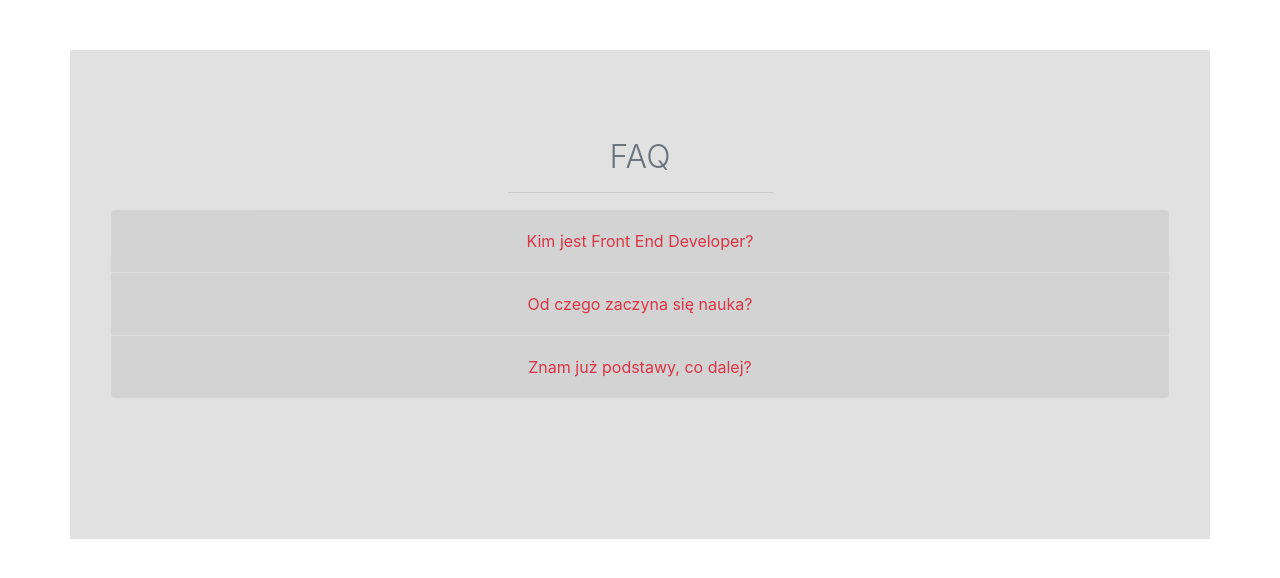
Repository: magdaf41/Bootstrap
Page: zadanie 2/index.html
These files come from the project's save history. The page is drawn as it stood at one moment and after the next save; the edit follows.
The browser window is 1280 px wide. The pictures show the whole page.

Above is the page before, as saved 2020-09-19 10:24:49.

### zadanie 2/index.html
<!doctype html>
<html lang="en">

<head>
    <!-- Required meta tags -->
    <meta charset="utf-8">
    <meta name="viewport" content="width=device-width, initial-scale=1, shrink-to-fit=no">
    <title>Faq-bootstrap</title>
    <!-- Bootstrap CSS -->
    <link rel="stylesheet" href="https://stackpath.bootstrapcdn.com/bootstrap/4.5.2/css/bootstrap.min.css"
        integrity="sha384-JcKb8q3iqJ61gNV9KGb8thSsNjpSL0n8PARn9HuZOnIxN0hoP+VmmDGMN5t9UJ0Z" crossorigin="anonymous">
    <link rel="stylesheet" href="https://use.fontawesome.com/releases/v5.7.2/css/all.css"
        integrity="sha384-fnmOCqbTlWIlj8LyTjo7mOUStjsKC4pOpQbqyi7RrhN7udi9RwhKkMHpvLbHG9Sr" crossorigin="anonymous">
    <link rel="stylesheet" href="css/style.css">

</head>

<body>
    <div class="container  text-center">
        <h1 class="text-muted font-weight-light mt-5">FAQ</h1>
        <hr class="w-25">

        <div class="accordion" id="accordionExample">
            <div class="card">
                <div class="card-header" id="headingOne">
                    <h2 class="mb-0">
                        <button class="btn btn-link btn-block text-danger" type="button" data-toggle="collapse"
                            data-target="#collapseOne" aria-expanded="true" aria-controls="collapseOne">
                            Kim jest Front End Developer?
                        </button>
                    </h2>
                </div>

                <div id="collapseOne" class="collapse" aria-labelledby="headingOne"
                    data-parent="#accordionExample">
                    <div class="card-body text-muted">
                        Anim pariatur cliche reprehenderit, enim eiusmod high life accusamus terry richardson ad squid.
                        3
                        wolf moon officia aute, non cupidatat skateboard dolor brunch. Food truck quinoa nesciunt
                        laborum
                        eiusmod. Brunch 3 wolf moon tempor, sunt aliqua put a bird on it squid single-origin coffee
                        nulla
                        assumenda shoreditch et. Nihil anim keffiyeh helvetica, craft beer labore wes anderson cred
                        nesciunt
                        sapiente ea proident. Ad vegan excepteur butcher vice lomo. Leggings occaecat craft beer
                        farm-to-table, raw denim aesthetic synth nesciunt you probably haven't heard of them accusamus
                        labore sustainable VHS.
                    </div>
                </div>
            </div>
            <div class="card">
                <div class="card-header" id="headingTwo">
                    <h2 class="mb-0">
                        <button class="btn btn-link btn-block collapsed text-danger" type="button"
                            data-toggle="collapse" data-target="#collapseTwo" aria-expanded="false"
                            aria-controls="collapseTwo">
                            Od czego zaczyna się nauka?
                        </button>
                    </h2>
                </div>
                <div id="collapseTwo" class="collapse" aria-labelledby="headingTwo" data-parent="#accordionExample">
                    <div class="card-body text-muted">
                        Anim pariatur cliche reprehenderit, enim eiusmod high life accusamus terry richardson ad squid.
                        3
                        wolf moon officia aute, non cupidatat skateboard dolor brunch. Food truck quinoa nesciunt
                        laborum
                        eiusmod. Brunch 3 wolf moon tempor, sunt aliqua put a bird on it squid single-origin coffee
                        nulla
                        assumenda shoreditch et. Nihil anim keffiyeh helvetica, craft beer labore wes anderson cred
                        nesciunt
                        sapiente ea proident. Ad vegan excepteur butcher vice lomo. Leggings occaecat craft beer
                        farm-to-table, raw denim aesthetic synth nesciunt you probably haven't heard of them accusamus
                        labore sustainable VHS.
                    </div>
                </div>
            </div>
            <div class="card">
                <div class="card-header" id="headingThree">
                    <h2 class="mb-0">
                        <button class="btn btn-link btn-block collapsed text-danger" type="button"
                            data-toggle="collapse" data-target="#collapseThree" aria-expanded="false"
                            aria-controls="collapseThree">
                            Znam już podstawy, co dalej?
                        </button>
                    </h2>
                </div>
                <div id="collapseThree" class="collapse" aria-labelledby="headingThree" data-parent="#accordionExample">
                    <div class="card-body text-muted">
                        Anim pariatur cliche reprehenderit, enim eiusmod high life accusamus terry richardson ad squid.
                        3
                        wolf moon officia aute, non cupidatat skateboard dolor brunch. Food truck quinoa nesciunt
                        laborum
                        eiusmod. Brunch 3 wolf moon tempor, sunt aliqua put a bird on it squid single-origin coffee
                        nulla
                        assumenda shoreditch et. Nihil anim keffiyeh helvetica, craft beer labore wes anderson cred
                        nesciunt
                        sapiente ea proident. Ad vegan excepteur butcher vice lomo. Leggings occaecat craft beer
                        farm-to-table, raw denim aesthetic synth nesciunt you probably haven't heard of them accusamus
                        labore sustainable VHS.
                    </div>
                </div>
            </div>
        </div>
    </div>






    <!-- Optional JavaScript -->
    <!-- jQuery first, then Popper.js, then Bootstrap JS -->
    <script src="https://code.jquery.com/jquery-3.5.1.slim.min.js"
        integrity="sha384-DfXdz2htPH0lsSSs5nCTpuj/zy4C+OGpamoFVy38MVBnE+IbbVYUew+OrCXaRkfj"
        crossorigin="anonymous"></script>
    <script src="https://cdn.jsdelivr.net/npm/popper.js@1.16.1/dist/umd/popper.min.js"
        integrity="sha384-9/reFTGAW83EW2RDu2S0VKaIzap3H66lZH81PoYlFhbGU+6BZp6G7niu735Sk7lN"
        crossorigin="anonymous"></script>
    <script src="https://stackpath.bootstrapcdn.com/bootstrap/4.5.2/js/bootstrap.min.js"
        integrity="sha384-B4gt1jrGC7Jh4AgTPSdUtOBvfO8shuf57BaghqFfPlYxofvL8/KUEfYiJOMMV+rV"
        crossorigin="anonymous"></script>
</body>

</html>

### zadanie 2/css/style.css
h1 {
    font-size: 2em;
}

.container {
    background-color: rgb(226, 225, 225);
    padding: 40px;
    margin-top: 50px;
}

.accordion {
    margin-bottom: 100px;
}

.btn:focus {
    box-shadow: none
}

.card-header {
    background-color: lightgray;
}

After the next save:
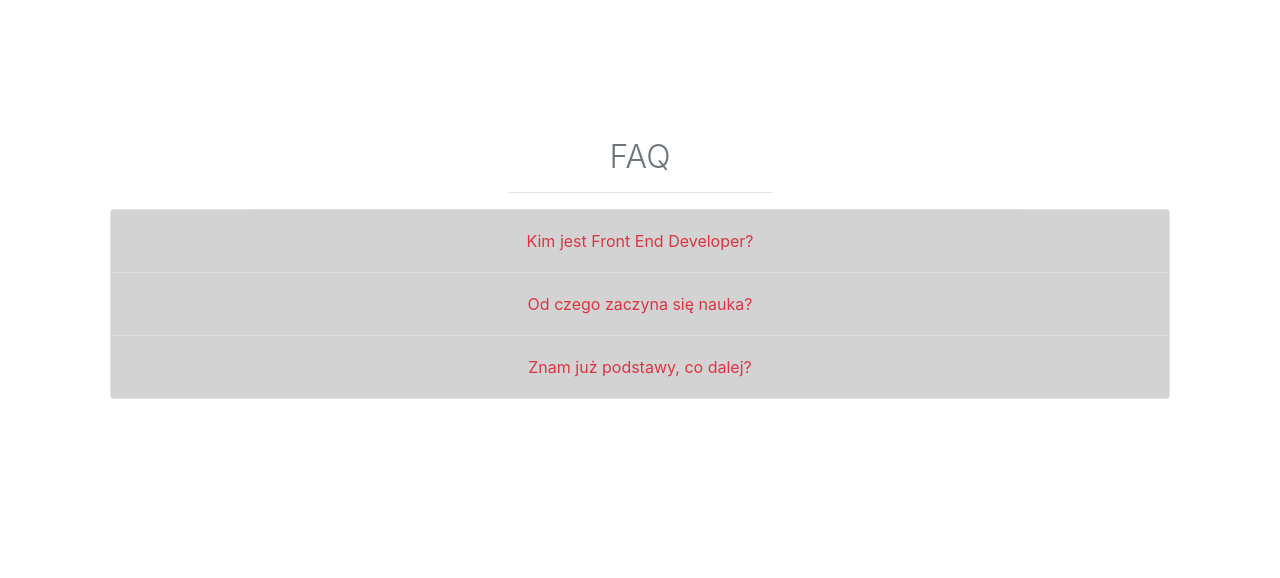
Saved 16 s later.
--- a/zadanie 2/css/style.css
+++ b/zadanie 2/css/style.css
@@ -3,7 +3,6 @@
 }
 
 .container {
-    background-color: rgb(226, 225, 225);
     padding: 40px;
     margin-top: 50px;
 }
